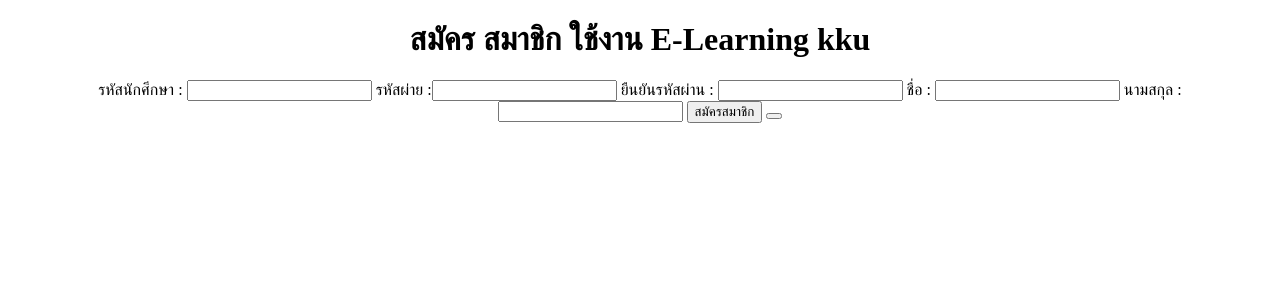
Repository: Wanaratkhamla/LabJavaWeb
Page: http://localhost/TestJoinTable/Register.jsp
These files come from the project's save history. The page is drawn as it stood at one moment and after the next save; the edit follows.
The browser window is 1280 px wide. The pictures show the whole page.
The page is served by Tomcat 9.

Above is the page before, as saved 2017-02-28 18:26:36.

After the next save:
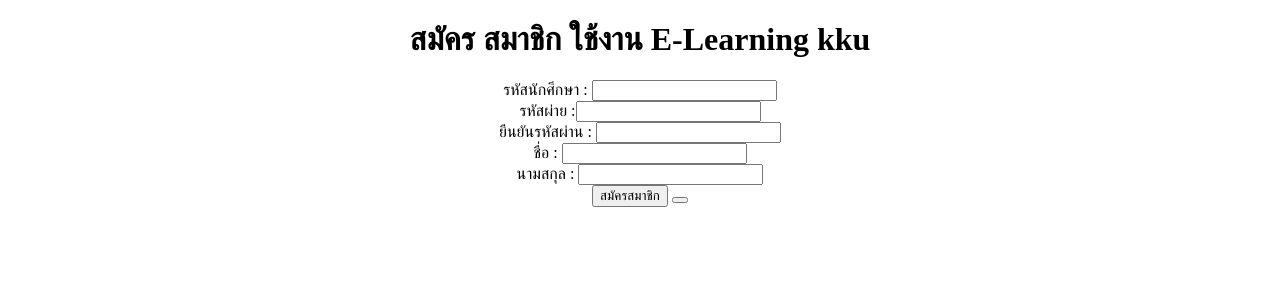
Saved 34 s later.
--- a/TestJoinTable/WebContent/Register.jsp
+++ b/TestJoinTable/WebContent/Register.jsp
@@ -9,10 +9,10 @@
 	<h1 align="center">สมัคร สมาชิก ใช้งาน E-Learning kku</h1>
 	<div align="center">
 	<form action="Register" id="myform">
-		รหัสนักศึกษา : <input type="text" name="SID">
-		รหัสผ่าย :<input type="password" name="Password"> ยืนยันรหัสผ่าน :
-			<input type="password" name="Password1"> ชื่อ : <input type="text" name="fname">
-		นามสกุล : <input type="text" name="lname">
+		รหัสนักศึกษา : <input type="text" name="SID"><br>
+		รหัสผ่าย :<input type="password" name="Password"> <br>ยืนยันรหัสผ่าน :
+			<input type="password" name="Password1"><br> ชื่อ : <input type="text" name="fname"><br>
+		นามสกุล : <input type="text" name="lname"><br>
 		<button type="submit">สมัครสมาชิก</button>
 		<button type="button" onclick="myFunction()"></button>
 	</form>
